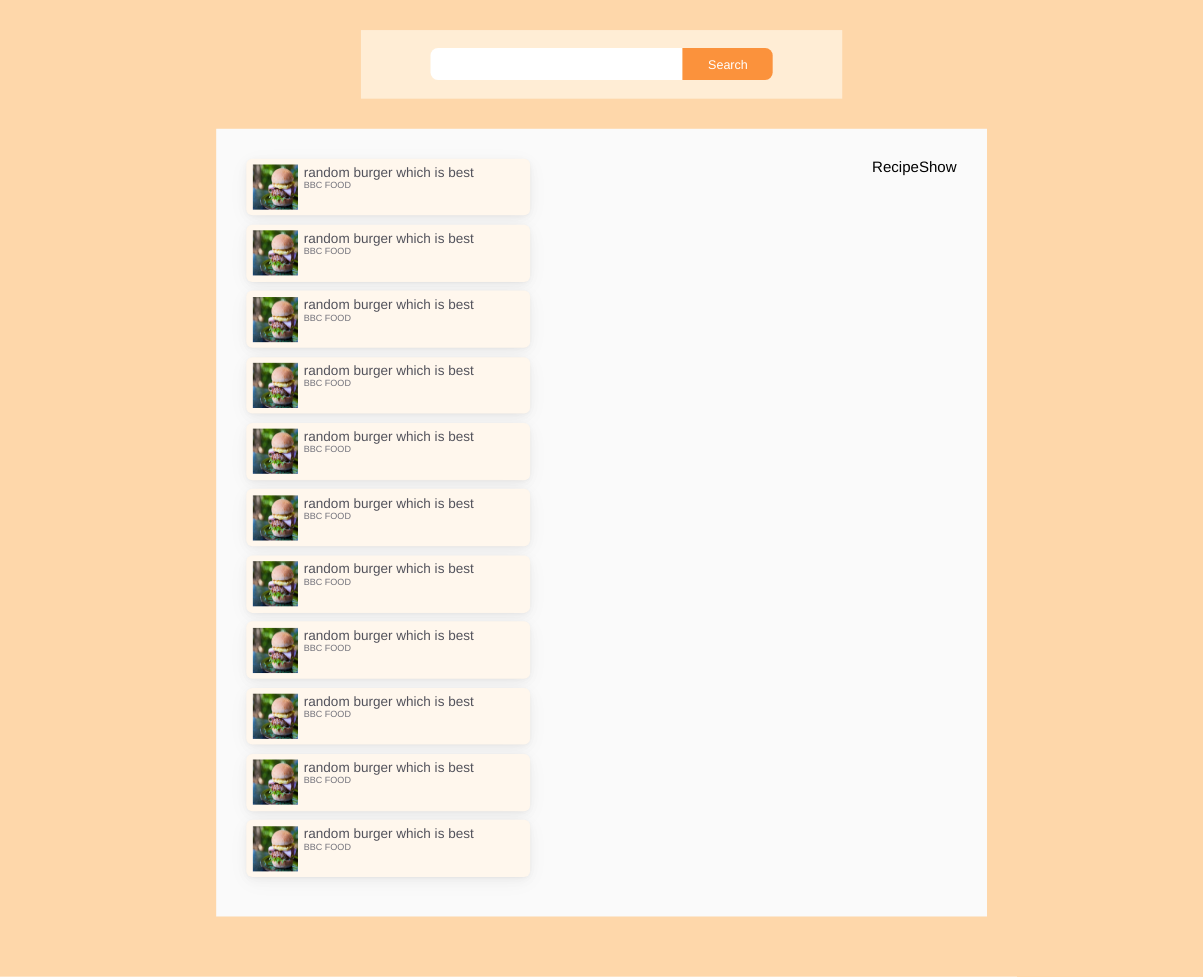
Repository: sandipkarmokar/recipeApp
Page: /
These files come from the project's save history. The page is drawn as it stood at one moment and after the next save; the edit follows.
The browser window is 1280 px wide. The pictures show the whole page, at 94% of full size.
The project was rebuilt for these pictures with package versions that can differ from the ones it lists, and the page was loaded fresh each time.

Above is the page before, as saved 2022-04-16 12:20:17.

### src/App.js
import { useState } from 'react';
import './App.css';
import SearchBar from './components/searchBar';
import ListView from './components/listView';
import RecipeShow from './components/recipeShow';

const App = () => {
    const [query, setQuery] = useState('');
    const [recipeList, setRecipeList] = useState([]);
    const [isLoading, setIsLoading] = useState(true);
    const [recipeId, setRecipeId] = useState('');

    const url = `https://forkify-api.herokuapp.com/api/search?q=${query}`;
    const recipeUrl = `https://forkify-api.herokuapp.com/api/get?rId=${recipeId}`;

    return (
        <div className="app">
            <div className="app-container">
                <SearchBar></SearchBar>
                <div className="recipe-modal">
                    <ListView></ListView>
                    <RecipeShow></RecipeShow>
                </div>
            </div>
        </div>
    );
};

export default App;

### src/App.css
* {
    margin: 0;
    padding: 0;
    box-sizing: border-box;
    font-family: Helvetica, sans-serif;
}

.app {
    height: 100%;
    width: 100vw;
    background-color: #fed7aa;
}

.app .app-container {
    margin: 0 auto;
    width: 80%;
    padding: 2rem 0;
    display: flex;
    justify-content: center;
    flex-direction: column;
}

.app .app-container .searchBar {
    width: 50%;
    background-color: #ffedd5;
    padding: 1.2rem 1rem;
    margin: 0 auto;
    width: 50%;
    display: flex;
    justify-content: center;
}
.app .app-container .searchBar .searchBar-container {
    width: 80%;
    margin: 0 auto;
    display: flex;
    justify-content: center;
}
.app .app-container .searchBar .searchBar-container input {
    width: 70%;
    padding: 0.4rem 1rem;
    border: none;
    border-radius: 0.5rem 0 0 0.5rem;
}

.app .app-container .searchBar .searchBar-container button {
    width: 25%;
    padding: 0.6rem 1rem;
    background-color: #fb923c;
    border: none;
    color: #fff;
    border-radius: 0 0.5rem 0.5rem 0;
}

.app .app-container .recipe-modal {
    width: 80%;
    background-color: #fafafa;
    margin: 2rem auto;
    display: flex;
    justify-content: space-between;
    padding: 2rem;
}

.app .app-container .recipe-modal .recipeList {
    width: 40%;
}

.app
    .app-container
    .recipe-modal
    .recipeList
    .recipeList-container
    .recipe-item {
    display: flex;
    background-color: #fff7ed;
    padding: 0.4rem;
    margin-bottom: 0.6rem;
    box-shadow: 0px 5px 24px rgba(0, 0, 0, 0.04),
        0px 3.24074px 14.0556px rgba(0, 0, 0, 0.0303704),
        0px 1.92593px 7.64444px rgba(0, 0, 0, 0.0242963),
        0px 1px 3.9px rgba(0, 0, 0, 0.02),
        0px 0.407407px 1.95556px rgba(0, 0, 0, 0.0157037),
        0px 0.0925926px 0.944444px rgba(0, 0, 0, 0.00962963);
    border-radius: 0.4rem;
}
.app
    .app-container
    .recipe-modal
    .recipeList
    .recipeList-container
    .recipe-item
    img {
    height: 48px;
    width: 48px;
}
.app
    .app-container
    .recipe-modal
    .recipeList
    .recipeList-container
    .recipe-item
    .info {
    display: flex;
    flex-direction: column;
    margin-left: 0.4rem;
}
.app
    .app-container
    .recipe-modal
    .recipeList
    .recipeList-container
    .recipe-item
    .info
    .title {
    color: #52525b;
    font-size: 0.9rem;
}
.app
    .app-container
    .recipe-modal
    .recipeList
    .recipeList-container
    .recipe-item
    .info
    .publisher {
    color: #71717a;
    font-size: 0.6rem;
}

### src/components/searchBar.js
import React from 'react';

const SearchBar = () => {
    return (
        <div className="searchBar">
            <form className="searchBar-container">
                <input type="text" />
                <button type="submit">Search</button>
            </form>
        </div>
    );
};

export default SearchBar;

### src/components/listView.js
import React from 'react';
import data from './data';

const ListView = () => {
    return (
        <div className="recipeList">
            <div className="recipeList-container">
                {data.map((el) => {
                    console.log(data);
                    return (
                        <div className="recipe-item">
                            <img src={el.img} alt="" />
                            <div className="info">
                                <p className="title">{el.title}</p>
                                <p className="publisher">{el.publisher}</p>
                            </div>
                        </div>
                    );
                })}
            </div>
        </div>
    );
};

export default ListView;

### src/components/recipeShow.js
import React from 'react';

const RecipeShow = () => {
    return <div>RecipeShow</div>;
};

export default RecipeShow;

### src/components/data.js
import image from '../components/food.jpg';

const data = [
    {
        id: 1,
        img: image,
        title: 'random burger which is best',
        publisher: 'BBC FOOD',
    },
    {
        id: 1,
        img: image,
        title: 'random burger which is best',
        publisher: 'BBC FOOD',
    },
    {
        id: 1,
        img: image,
        title: 'random burger which is best',
        publisher: 'BBC FOOD',
    },
    {
        id: 1,
        img: image,
        title: 'random burger which is best',
        publisher: 'BBC FOOD',
    },
    {
        id: 1,
        img: image,
        title: 'random burger which is best',
        publisher: 'BBC FOOD',
    },
    {
        id: 1,
        img: image,
        title: 'random burger which is best',
        publisher: 'BBC FOOD',
    },
    {
        id: 1,
        img: image,
        title: 'random burger which is best',
        publisher: 'BBC FOOD',
    },
    {
        id: 1,
        img: image,
        title: 'random burger which is best',
        publisher: 'BBC FOOD',
    },
    {
        id: 1,
        img: image,
        title: 'random burger which is best',
        publisher: 'BBC FOOD',
    },
    {
        id: 1,
        img: image,
        title: 'random burger which is best',
        publisher: 'BBC FOOD',
    },
    {
        id: 1,
        img: image,
        title: 'random burger which is best',
        publisher: 'BBC FOOD',
    },
];

export default data;

Loaded but not shown: public/index.html (common file); src/index.js (common file); src/index.css (common file); src/reportWebVitals.js (common file)

After the next save:
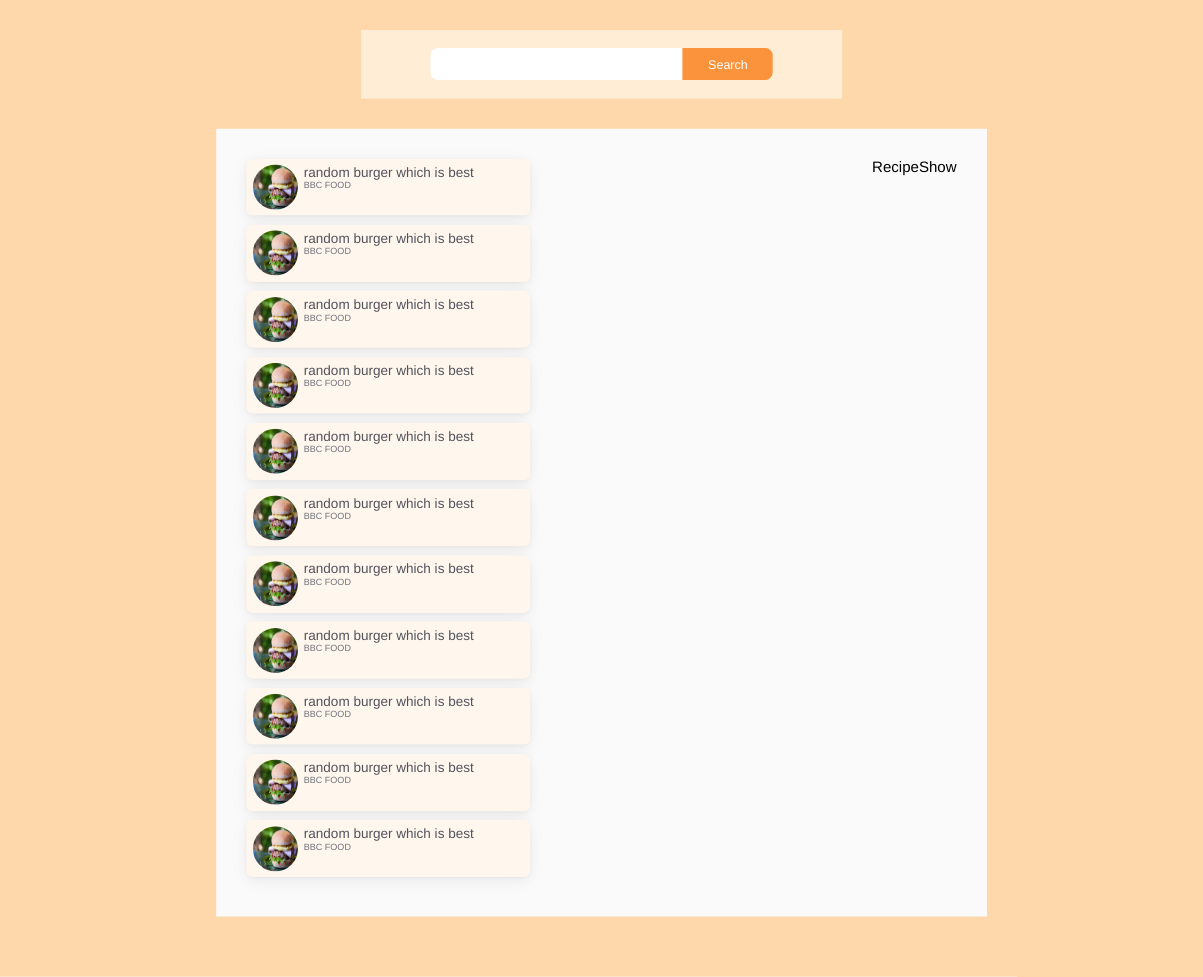
Saved 11 s later.
--- a/src/App.css
+++ b/src/App.css
@@ -91,6 +91,7 @@
     img {
     height: 48px;
     width: 48px;
+    border-radius: 100%;
 }
 .app
     .app-container
